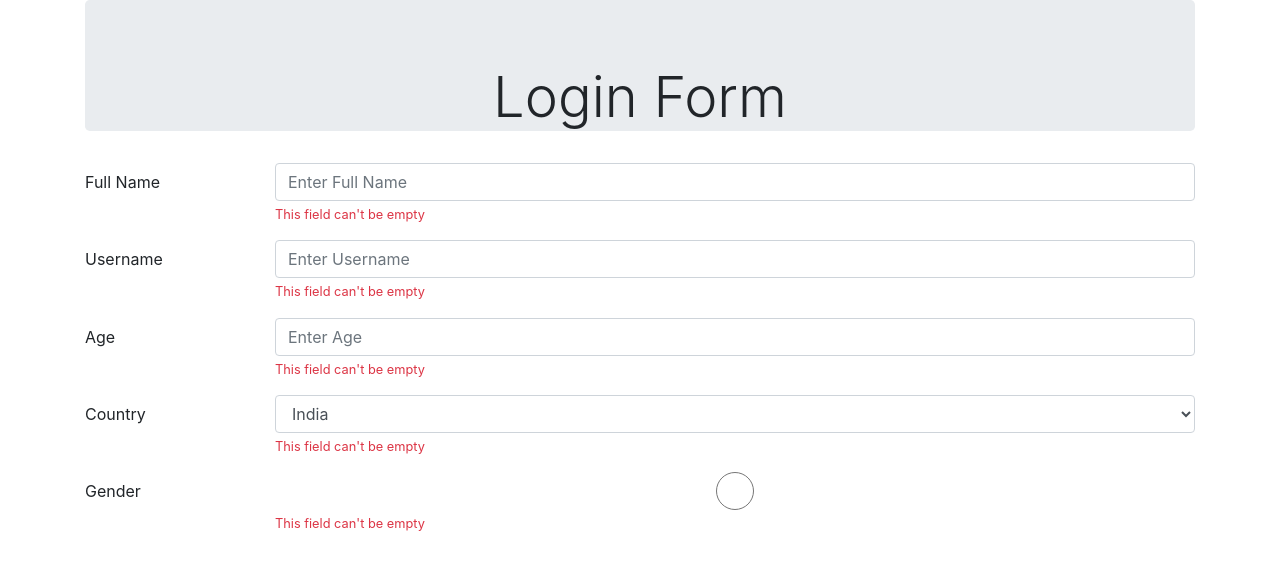
Repository: amar468S/Ng-templateDrivenForm
Page: /
The author's editor kept a copy of each file at every save. The page is drawn from the files as they stood at one save, then again after the next save.
The browser window is 1280 px wide. The pictures show the whole page.
Some web libraries are served in a nearby version. The project was rebuilt for these pictures with package versions that can differ from the ones it lists, and the page was loaded fresh each time. Also part of the build but not shown: angular.json.

Above is the page before, as saved 2019-02-03 15:53:42.

After the next save:
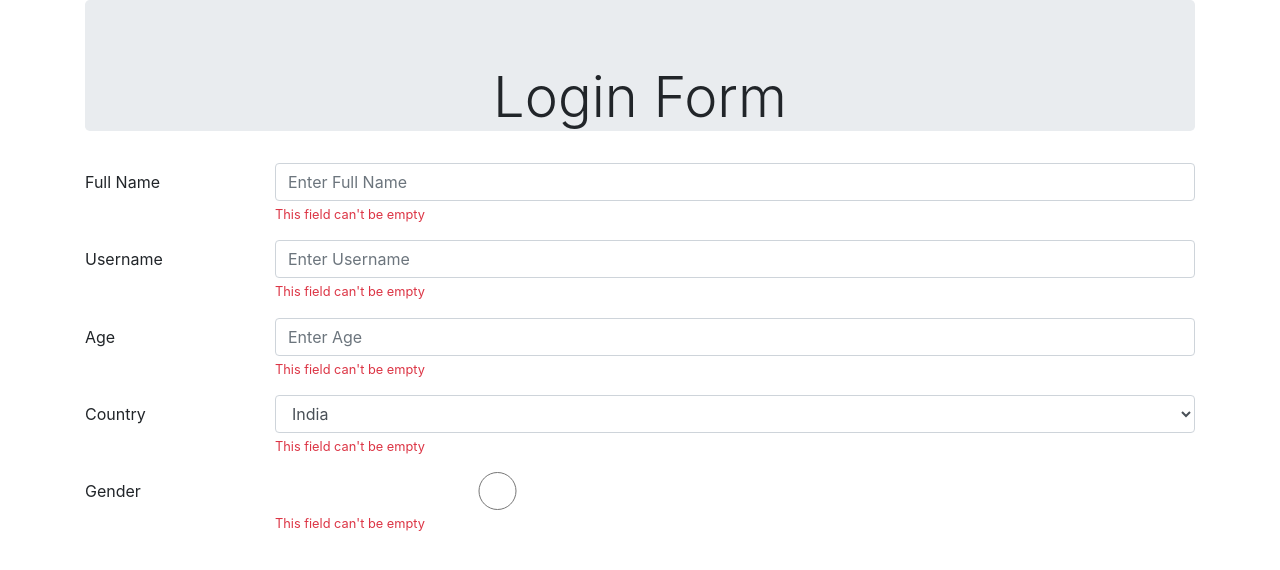
Saved 76 s later.
--- a/src/app/app.component.html
+++ b/src/app/app.component.html
@@ -39,7 +39,7 @@
       </div>
       <div class="form-group row">
           <label class="col-sm-2 col-form-label">Gender</label>
-          <div class="col-sm-10">
+          <div class="col-sm-5">
             <input type="radio" class="form-control">
             <small class="form-text text-danger">This field can't be empty</small>
           </div>
